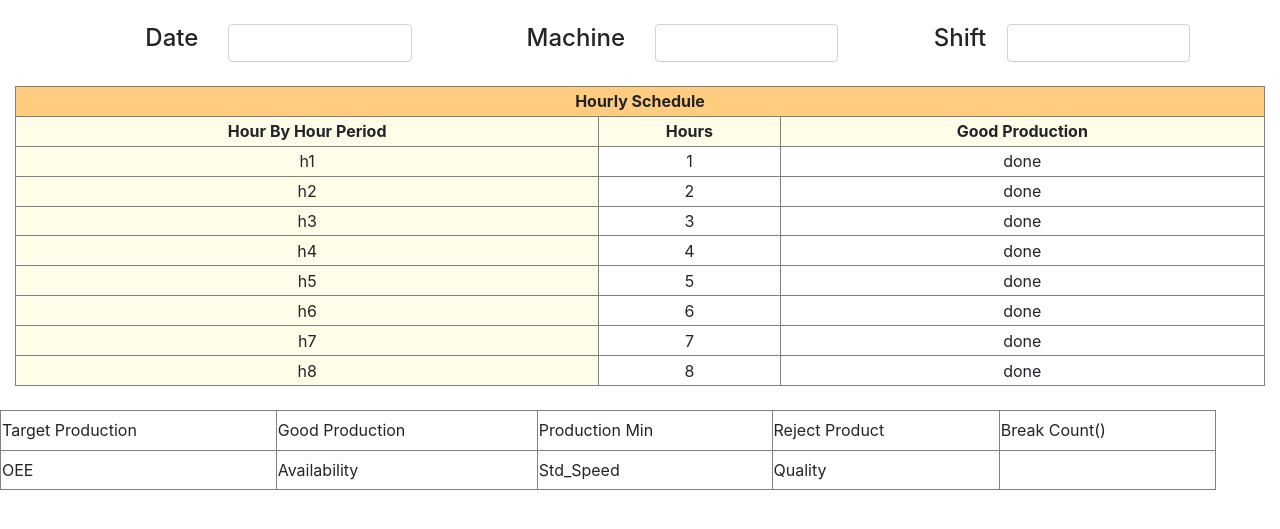
Repository: hisamit97/TVS-Locas
Page: index.html
The author's editor kept a copy of each file at every save. The page is drawn from the files as they stood at one save, then again after the next save.
The browser window is 1280 px wide. The pictures show the whole page.

Above is the page before, as saved 2020-12-01 11:48:10.

### index.html
<html>

<head>
    <title>TVS LoCas</title>
    <link rel="stylesheet" href="https://cdn.jsdelivr.net/npm/bootstrap@4.5.3/dist/css/bootstrap.min.css" integrity="sha384-TX8t27EcRE3e/ihU7zmQxVncDAy5uIKz4rEkgIXeMed4M0jlfIDPvg6uqKI2xXr2" crossorigin="anonymous">

<!-- jQuery and JS bundle w/ Popper.js -->
<script src="https://code.jquery.com/jquery-3.5.1.slim.min.js" integrity="sha384-DfXdz2htPH0lsSSs5nCTpuj/zy4C+OGpamoFVy38MVBnE+IbbVYUew+OrCXaRkfj" crossorigin="anonymous"></script>
<script src="https://cdn.jsdelivr.net/npm/bootstrap@4.5.3/dist/js/bootstrap.bundle.min.js" integrity="sha384-ho+j7jyWK8fNQe+A12Hb8AhRq26LrZ/JpcUGGOn+Y7RsweNrtN/tE3MoK7ZeZDyx" crossorigin="anonymous"></script>
</head>
<body>
    <div class="container-fluid">
        <div class="row">
            <div class="col-md-4"></div>
            <div class="col-md-4"></div>
            <div class="col-md-4"></div>
        </div>
        <br>
        <div class="row" >
            <div class="col-md-4">
                <div class="row">
                    <div class="col-md-6 text-right"><h4>Date</h4></div>
                    <div class="col-md-6"><input type="text" class="form-control mr-3"></div>
                </div>
            </div>
            <div class="col-md-4">
                <div class="row">
                    <div class="col-md-6 text-right" ><h4>Machine</h4></div>
                    <div class="col-md-6"><input type="text" class="form-control"></div>
                </div>
            </div>
            <div class="col-md-4">
                <div class="row">
                    <div class="col-md-6 text-center"><h4>Shift</h4></div>
                    <div class="col-md-6" style="margin-left: -75px;"><input type="text" class="form-control"></div>
                </div>
            </div>
        </div>
        <br>
        <div class="row">
            <div class="col-md-12">
                <table width="100%" border="1" height="300px">
                   <tr style="text-align: center;background:#ffcc80;">
                       <th colspan="3">Hourly Schedule</th>
                   </tr>
                   <tr style="text-align: center; background: #fffde7;">
                       <th >Hour By Hour Period</th>
                       <th>Hours</th>
                       <th>Good Production</th>
                    </tr>
                    <tr style="text-align: center;">
                        <td style="background:#fffde7;">h1</td>
                        <td>1</td>
                        <td>done</td>
                    </tr>
                    <tr style="text-align: center;">
                        <td style="background:#fffde7;">h2</td>
                        <td>2</td>
                        <td>done</td>
                    </tr>
                    <tr style="text-align: center;">
                        <td style="background:#fffde7;">h3</td>
                        <td>3</td>
                        <td>done</td>
                    </tr>
                    <tr style="text-align: center;">
                        <td style="background:#fffde7;">h4</td>
                        <td>4</td>
                        <td>done</td>
                    </tr>
                    <tr style="text-align: center;">
                        <td style="background:#fffde7;">h5</td>
                        <td>5</td>
                        <td>done</td>
                    </tr>
                    <tr style="text-align: center;">
                        <td style="background:#fffde7;">h6</td>
                        <td>6</td>
                        <td>done</td>
                    </tr>
                    <tr style="text-align: center;">
                        <td style="background:#fffde7;">h7</td>
                        <td>7</td>
                        <td>done</td>
                    </tr>
                    <tr style="text-align: center;">
                        <td style="background:#fffde7;">h8</td>
                        <td>8</td>
                        <td>done</td>
                    </tr>
                </table>
            </div>
        </div>
        <br>
        <div class="row">
            <table width="95%" border=1 height="80px">
                <tr>
                    <td>Target Production</td>
                    <td>Good Production</td>
                    <td>Production Min</td>
                    <td>Reject Product</td>
                    <td>Break Count()</td>
                </tr>
                <tr>
                    <td>OEE</td>
                    <td>Availability</td>
                    <td>Std_Speed</td>
                    <td>Quality</td>
                </tr>
            </table>
        </div>
        <br>

    </div>
</body>
</html>

After the next save:
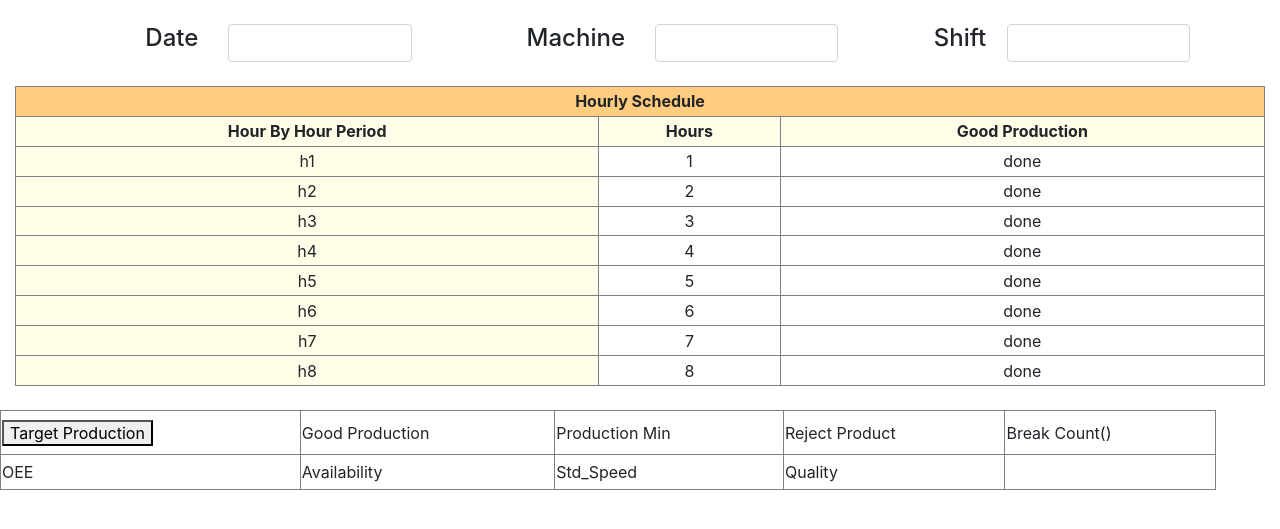
Saved 41 s later.
--- a/index.html
+++ b/index.html
@@ -95,7 +95,7 @@
         <div class="row">
             <table width="95%" border=1 height="80px">
                 <tr>
-                    <td>Target Production</td>
+                    <td><button>Target Production</button></td>
                     <td>Good Production</td>
                     <td>Production Min</td>
                     <td>Reject Product</td>
